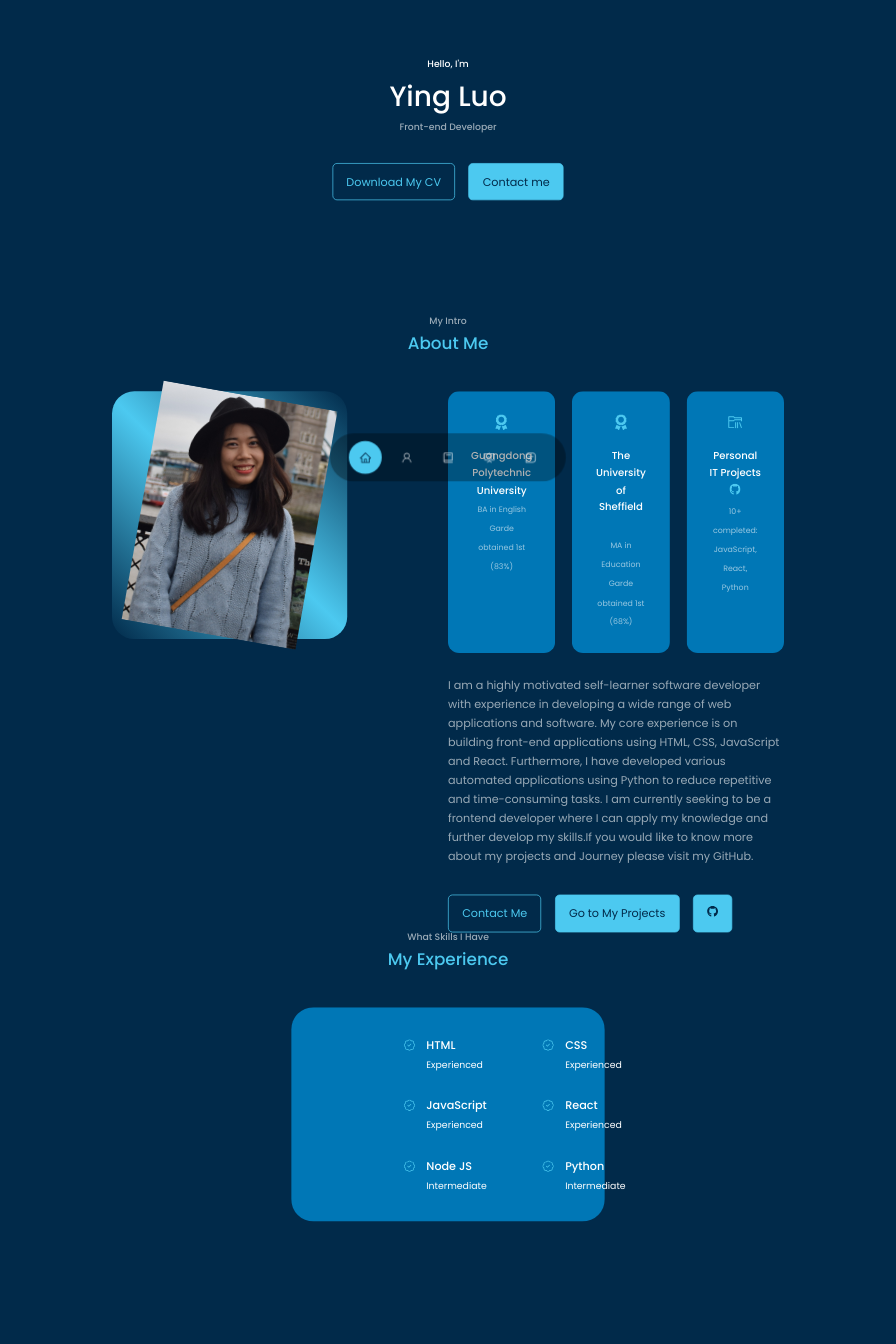
Repository: yingluo1020/react-portfolio-website
Page: /
The author's editor kept a copy of each file at every save. The page is drawn from the files as they stood at one save, then again after the next save.
The browser window is 1280 px wide. The pictures show the part of the page from y = 0 to 1920 px (the page is 4231 px tall), at 70% of full size.
The project was rebuilt for these pictures with package versions that can differ from the ones it lists, and the page was loaded fresh each time. Imported but missing from the stored project, and not drawn on this page: src/assets/cv1.pdf.

Above is the page before, as saved 2022-03-16 09:32:34.

After the next save:
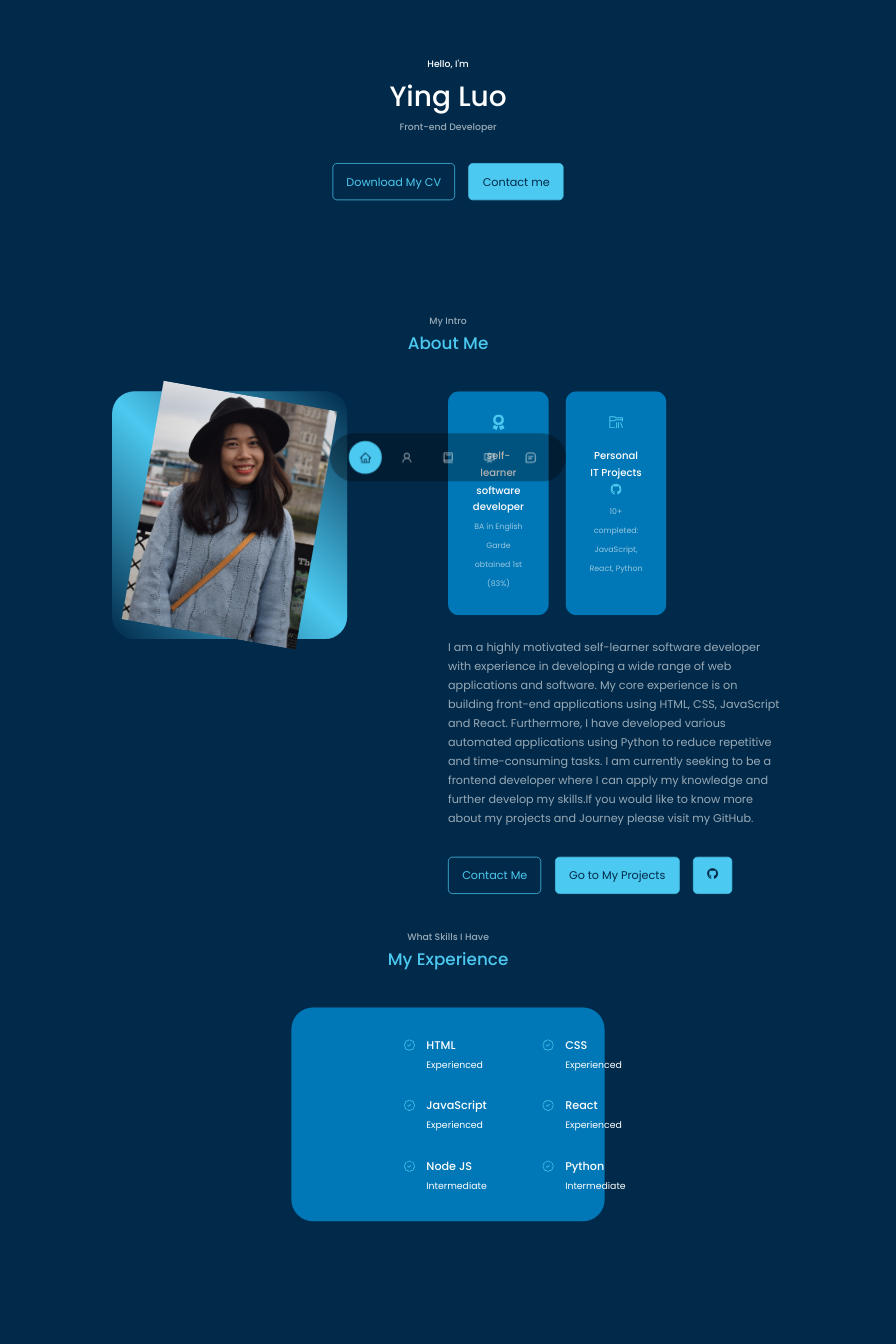
Saved 67 s later.
--- a/src/components/about/About.js
+++ b/src/components/about/About.js
@@ -22,17 +22,11 @@ function About() {
                     <div className="about_cards">
                         <article className="about_card">
                             <FaAward className='about_icon' />
-                            <h5>Guangdong Polytechnic University</h5>
+                            <h5> self-learner software developer </h5>
                             <small>BA in English</small><br />
                             <small>Garde obtained 1st (83%)</small>
                         </article>
 
-                        <article className="about_card">
-                            <FaAward className='about_icon' />
-                            <h5>The University of Sheffield</h5><br />
-                            <small>MA in Education</small><br />
-                            <small>Garde obtained 1st (68%)</small>
-                        </article>
                         <article className="about_card">
                             <VscFolderLibrary className='about_icon' />
                             <h5>Personal IT Projects </h5>
